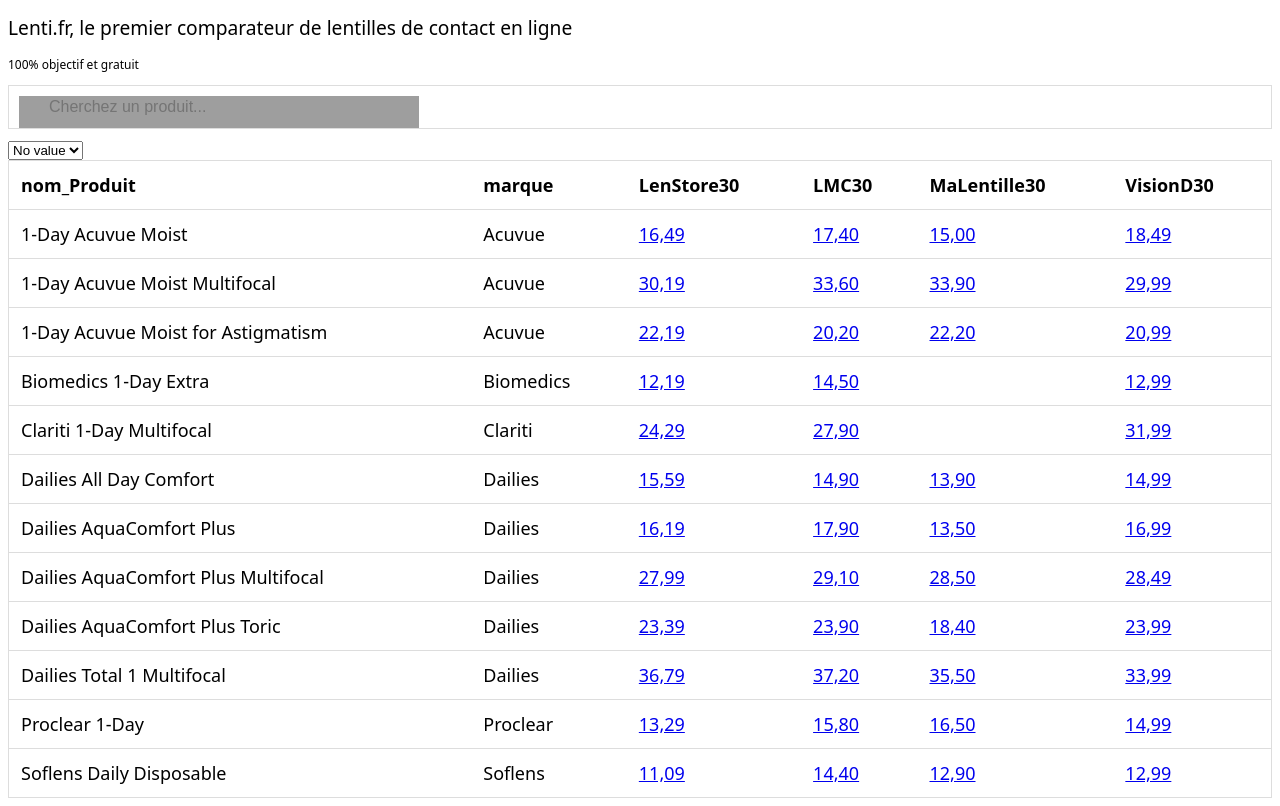
Repository: franklinliot/lenti
Page: indexUltime.html
The author's editor kept a copy of each file at every save. The page is drawn from the files as they stood at one save, then again after the next save.
The browser window is 1280 px wide. The pictures show the whole page.
Pictures or frames that could not be fetched are drawn as grey boxes.

Above is the page before, as saved 2021-06-17 16:05:03.

After the next save:
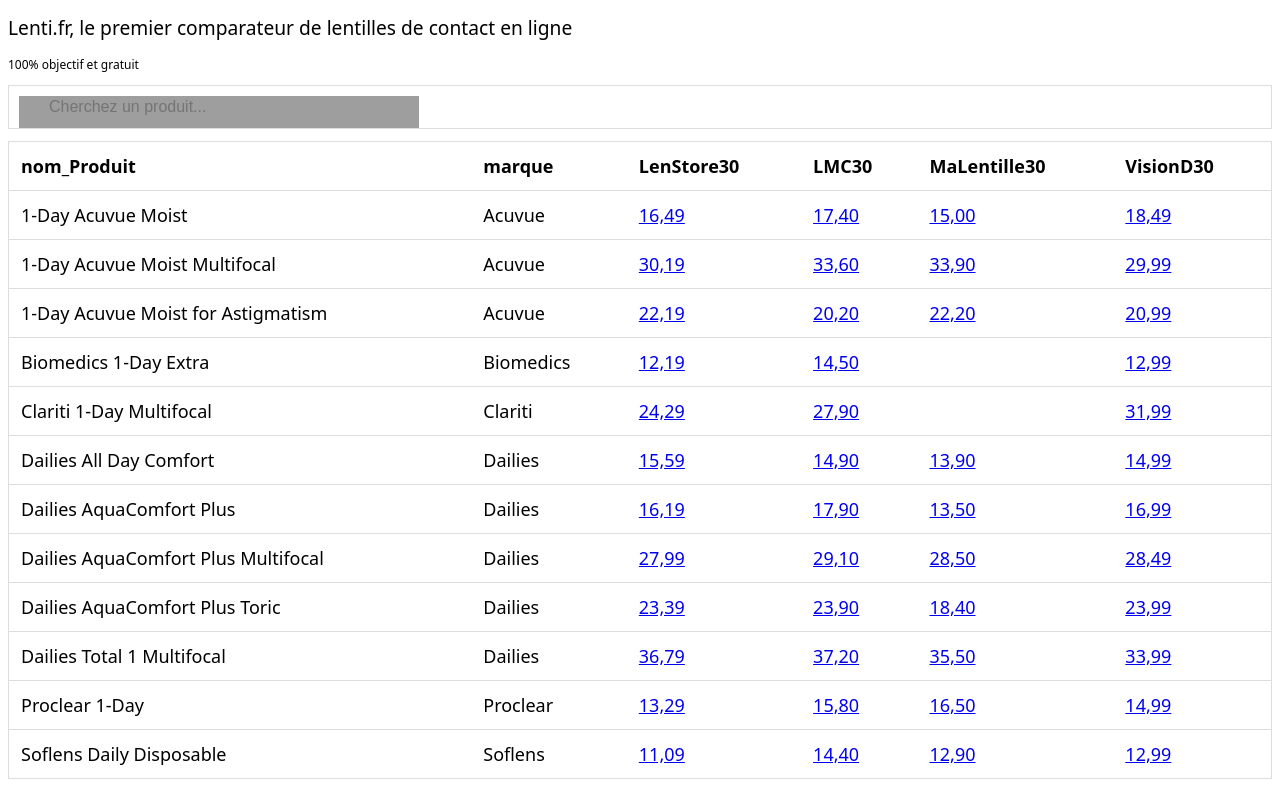
Saved 13 s later.
--- a/indexUltime.html
+++ b/indexUltime.html
@@ -52,7 +52,6 @@
         line-height: 1.25em;
         margin-bottom: 16px;
       }
-
     </style>
     <script>
       window.onload = function () {
@@ -118,13 +117,6 @@
       title="Entrez un produit"
     />
 
-    <select id="filter-company" class="filter">
-      <option value="0">No value</option>
-      <option value="Acuvue">Acuvue</option>
-    </select>
-
-
-
     <div data-include="data/ultime/ultime.html"></div>
     <script>
       function myFunction() {
